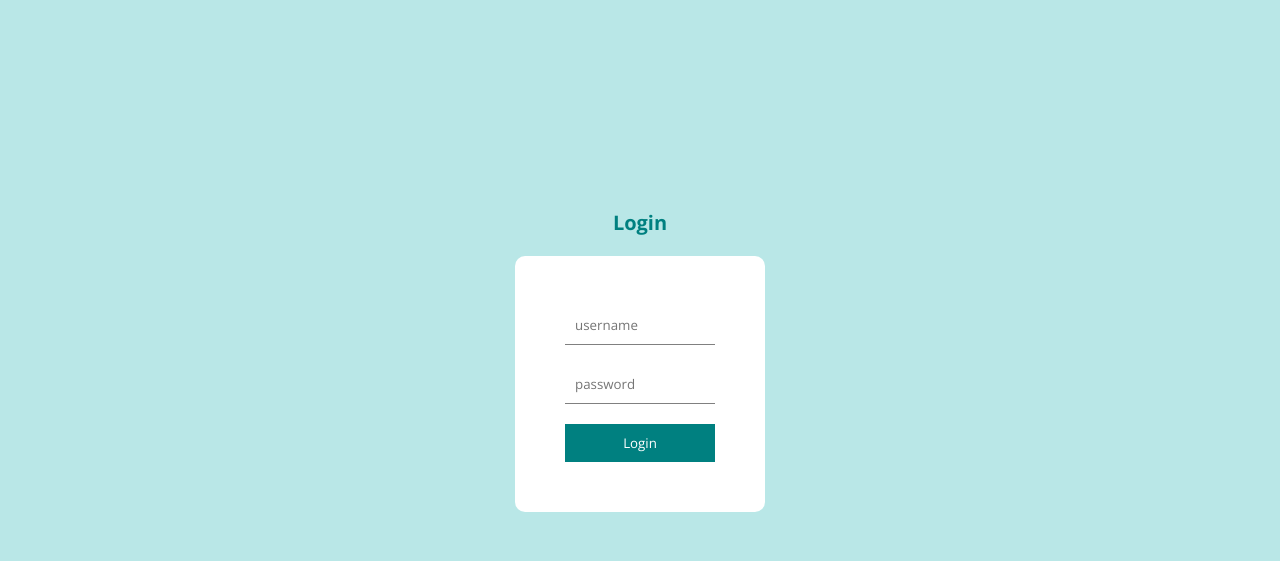
Repository: juansesu3/Blog-Full-Stack
Page: /login (app in client/blog/)
An editor plug-in stored every save of this project. The page is shown before and after the next save, followed by the edit.
The browser window is 1280 px wide. The pictures show the whole page.
The project was rebuilt for these pictures with package versions that can differ from the ones it lists, and the page was loaded fresh each time. Also part of the build but not shown: client/blog/vite.config.js, client/blog/src/pages/Register.jsx, client/blog/src/pages/Single.jsx, client/blog/src/pages/Write.jsx, client/blog/src/pages/Home.jsx, client/blog/src/components/Navbar.jsx, client/blog/src/components/Footer.jsx.

Above is the page before, as saved 2023-04-18 13:44:42.

### client/blog/index.html
<!DOCTYPE html>
<html lang="en">

<head>
  <meta charset="UTF-8" />
  <link rel="icon" type="image/svg+xml" href="/vite.svg" />
  <link href="https://fonts.googleapis.com/css2?family=Open+Sans:wght@300;400;500;600;700;800&display=swap"
    rel="stylesheet" />
  <meta name="viewport" content="width=device-width, initial-scale=1.0" />
  <title>Blog</title>

</head>

<body>
  <div id="root"></div>
  <script type="module" src="/src/main.jsx"></script>
</body>

</html>

### client/blog/src/App.jsx
import {
  createBrowserRouter,
  Outlet,
  RouterProvider,
} from "react-router-dom";
import Register from "./pages/Register";
import Login from "./pages/Login";
import Single from "./pages/Single";
import Write from "./pages/Write";
import Home from "./pages/Home"
import Navbar from "./components/Navbar"
import Footer from "./components/Footer"
import "./style.scss"

const Layout = () => {

  return(
    <>
    <Navbar/>
    <Outlet/>
    <Footer/>
    </>
  )
}

const router = createBrowserRouter([
  {
    path: "/",
    element:<Layout/>,
    children:[
      {
        path:"/",
        element:<Home/>
      },
      {
        path:"/post/:id",
        element:<Single/>
      },
      {
        path:"/write",
        element:<Write/>
      }
    ]
  },
  {
    path: "/register",
    element: <Register />,
  },
  {
    path: "/login",
    element: <Login />,
  }
]);

function App() {
  return (
    <div className="app">
      <div className="container">
      <RouterProvider router={router} />
      </div>
    </div>
  )
}



export default App

### client/blog/src/pages/Login.jsx
import React from 'react'

const Login = () => {
  return (
    <div className='auth'>
      <h1>Login</h1>
      <form>
        <input type="text" placeholder='username' />
        <input type="password" placeholder='password' />
        <button>Login</button>
      </form>
      </div>
  )
}

export default Login

### client/blog/src/style.scss
* {
    box-sizing: border-box;
    font-family: "Open Sans", sans-serif;
    margin: 0;
    box-sizing: border-box;
  }

$lightGreen: #b9e7e7;
.app{
    .container{
        //LOGIN & REGISTER
        .auth{
            display: flex;
            flex-direction: column;
            align-items: center;
            justify-content: center;
            height: 100vh;
            background-color: $lightGreen;
        }
        h1{
            font-size: 20px;
            color:teal;
            margin-bottom: 20px;
        }
        form{
            display: flex;
            flex-direction: column;
            padding: 50px;
            background-color: white;
            width: 250px;
            gap: 20px;
            border-radius: 10px;
        }
        input{
            padding: 10px;
            border: none;
            border-bottom: 1px solid gray ;
        }
        button{
            padding: 10px;
            border: none;
            background-color: teal;
            color: white;
            cursor: pointer;

        }

    }
}

Loaded but not shown: client/blog/src/main.jsx (common file)

After the next save:
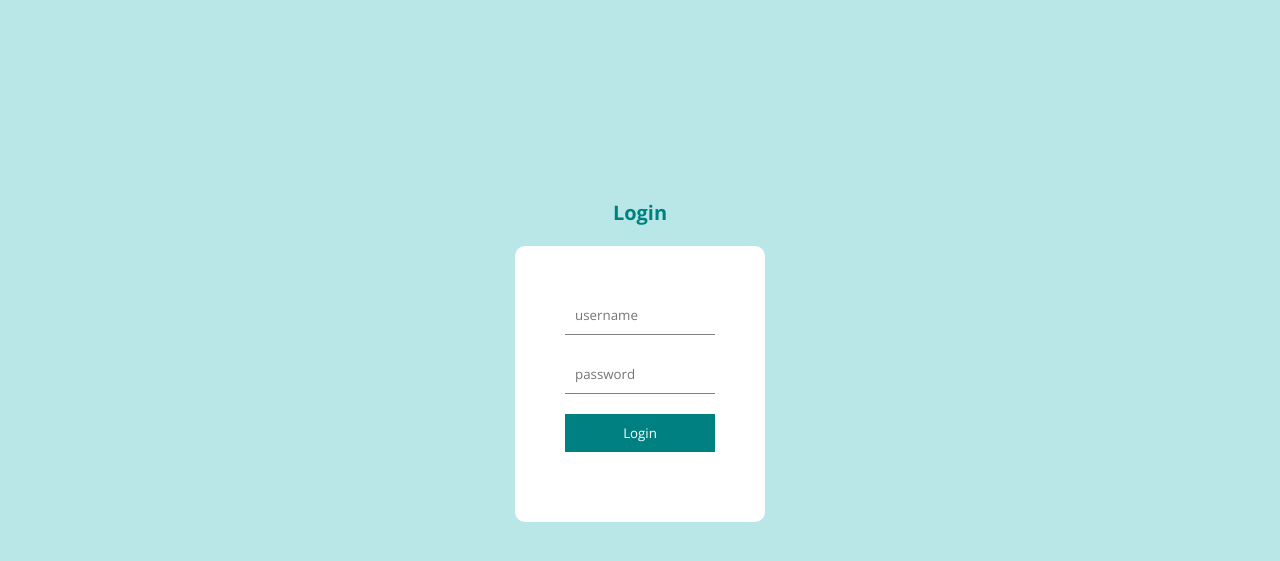
Saved 36 s later.
--- a/client/blog/src/pages/Login.jsx
+++ b/client/blog/src/pages/Login.jsx
@@ -8,6 +8,7 @@ const Login = () => {
         <input type="text" placeholder='username' />
         <input type="password" placeholder='password' />
         <button>Login</button>
+        <span></span>
       </form>
       </div>
   )
